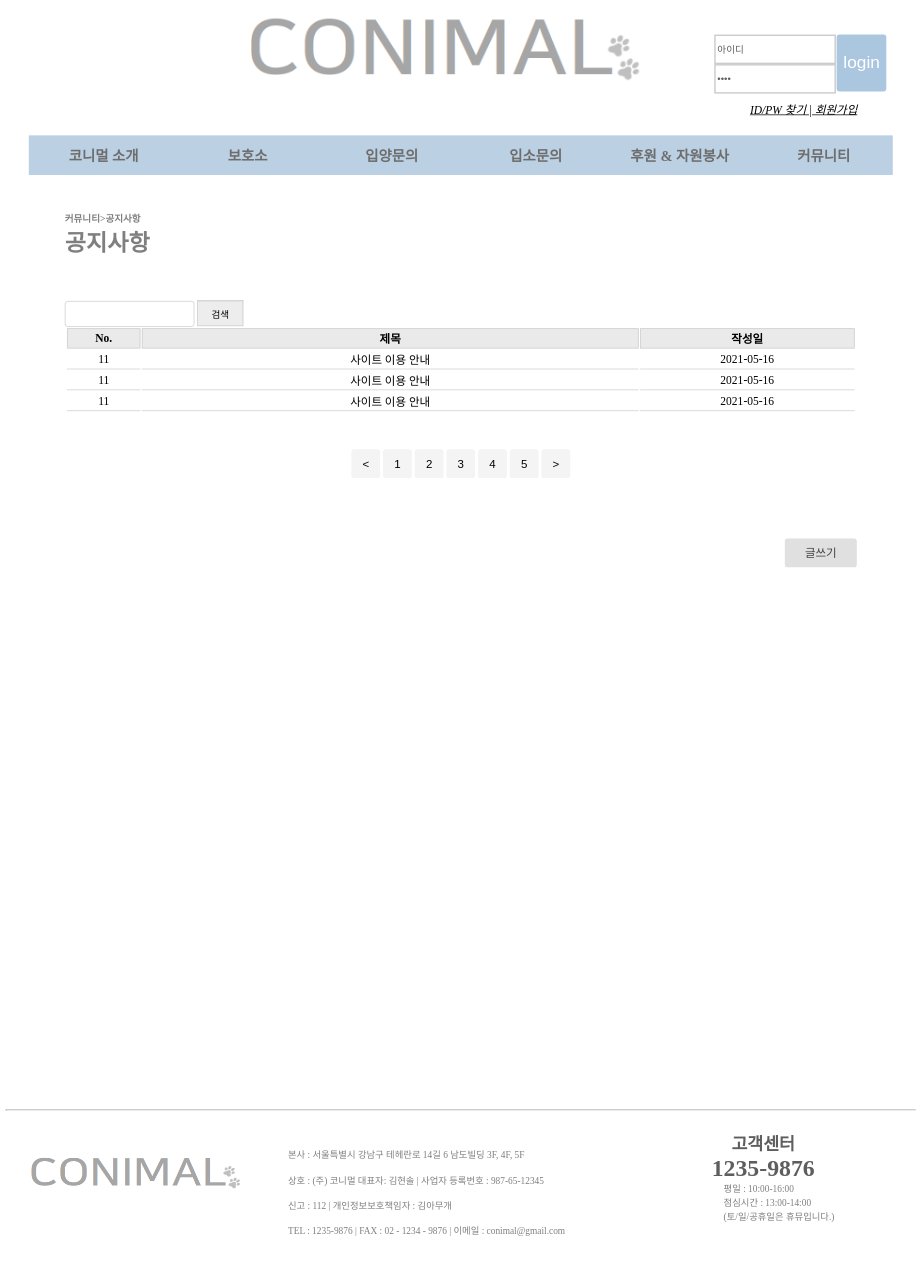
Repository: rlagusthf12/SemiProject
Page: http://localhost/jspProject/
An editor plug-in stored every save of this project. The page is shown before and after the next save, followed by the edit.
The browser window is 1280 px wide. The pictures show the whole page, at 72% of full size.
The page is served by Tomcat 9. Other server files are loaded and not shown.

Above is the page before, as saved 2021-05-18 07:22:02.

### jspProject/WebContent/index.jsp
<%@ page language="java" contentType="text/html; charset=UTF-8"
    pageEncoding="UTF-8"%>
<!DOCTYPE html>
<html>
<head>
<meta charset="UTF-8">
<title>Insert title here</title>
</head>
<body>


	<%@ include file="views/notice/notice.jsp" %>






</body>
</html>

### jspProject/WebContent/views/notice/notice.jsp
<%@ page language="java" contentType="text/html; charset=UTF-8"
    pageEncoding="UTF-8"%>
<!DOCTYPE html>
<html>
<head>
<meta charset="UTF-8">
<title>Insert title here</title>
<style>
.body{
		width: 1100px;
        height: 1240px;
        margin: 0 auto;
        margin-top:30px;
	}

  h1,h5{
      margin: 0;
      font-weight: bold;
      color: rgb(127, 127, 127);
  }
  .head1{
  	width:100%;
  	height:10%;
  	margin-top:50px;

  }
  .search{
  width:264px;
  height:36px;
  float:top right;
  }
  .searchbar{
  color: rgb(94, 94, 94);
  border-width: 1px 1px 1px 1px;
  border-radius:4px;
   border-style: solid;
   border-color: rgb(204, 204, 204);
   width:180px;
   height:100%;
  }
  .searchbutton{

      border-width: 1px 1px 1px 1px;
      border-style: solid;
      border-color: rgb(204, 204, 204);
      box-shadow: rgba(0, 0, 0, 0.0666667) 0px 1px 1px 0px inset;
       background-color: rgb(237, 237, 237);
       width:64px;
        height:100%;
       }
  .body1{
  	width:100%;
  	margin-bottom:50px;
  }
  .foot1{
  width:100%;
  height:10%;
  }
	  .list-area{
        border:1px solid white;
        text-align:center;

    }
     .list-area>thead>tr>th{

    	border: 1px solid #ccc;
    	word-break: break-all;
    	background: #eaeaea;
    	font-weight: bold;
    	display: table-cell;
   		vertical-align: inherit;



     }
     .list-area>tbody>tr>td{
  		 border-bottom: 1px solid #ccc;
    	font-family: HanSans;

     }
    .list-area>tbody>tr:hover{
        cursor:pointer;
    }
    .paging-area>button{
    font-size: 16px;
    color: rgb(255, 255, 255);
    text-align: center;
    line-height: 2.5em;
    border-radius: 4px;
	background-color: rgb(244, 244, 244);
	color:black;
    border:0px;
    width:40px;
    height:40px;
    }

     .writebutton{
    float:right;
    font-size: 16px;
    color: rgb(64, 64, 64);
    text-align: center;
    line-height: 2.5em;
    background-color: rgb(224, 224, 224);
    border:0px;
    border-radius: 4px;
    width: 100px;
    height: 40px;
  }
	</style>
</head>


<body>

<%@ include file="../common/menubar.jsp" %>
<div class="body">
<div class="head1">
  <h5>커뮤니티>공지사항</h5>
  <h1>공지사항</h1>

  </div>
  <div class="search">
  <input type="search" class="searchbar">
 	<button class="searchbutton">검색</button>
  </div>
	<div class="body1">
  <table class="list-area">
            <thead>
                <tr>
                    <th width="100">No.</th>
                    <th width="700">제목</th>
                    <th width="300">작성일</th>
                </tr>
            </thead>
            <tbody>
                 <tr>
		                 <td>11</td>
		                 <td>사이트 이용 안내</td>
		                 <td>2021-05-16</td>
		         </tr>
		           <tr>
		                 <td>11</td>
		                 <td>사이트 이용 안내</td>
		                 <td>2021-05-16</td>
		         </tr>
		           <tr>
		                 <td>11</td>
		                 <td>사이트 이용 안내</td>
		                 <td>2021-05-16</td>
		         </tr>


            </tbody>
        </table>
  </div>
  <div class="foot1">

        <div align="center" class="paging-area">

            	<button > &lt; </button>
	            	<button disabled>1</button>
	            		<button >2</button>
	            		<button >3</button>
                        <button >4</button>
                        <button >5</button>
            	<button > &gt; </button>

        </div>
  </div>
  <div>
   <button class="writebutton">글쓰기</button>
  </div>


  </div>
         <%@ include file="../common/footerbar.jsp" %>
</body>
</html>

### jspProject/WebContent/views/common/menubar.jsp
<%@ page language="java" contentType="text/html; charset=UTF-8"
    pageEncoding="UTF-8"%>
<!DOCTYPE html>
<html>
<head>
<meta charset="UTF-8">
<title>Insert title here</title>

<style>
    .on{
         width: 1200px;
         height: 180px;
         margin: 0 auto;
         }
    .mainLogo{

        margin-left: 302px;

    }

    .login {
        float:right;
        margin-top:40px;
     }
   #loginform>*{

    float:left;
    }
    .id_pwd{width: 65%; height: 70px; } .loginbtn{width: 35%;}

    .pwd,.id{
        color: rgb(94, 94, 94);
        border-style: solid;
        border-color: rgb(204, 204, 204);
        width:100%;
        height:50%;
    }
    .loginbtn>input{
        font-size: 24px;
        width: 80%;
        height: 100%;
        color: rgb(255, 255, 255);
        line-height: 3.2em;
        background-color: rgb(171, 198, 223);
        text-align: center;
        border-radius: 4px;
        border:0px;
    }

    .find{
    text-decoration-line: underline;
    font-style: italic;
    font-size: 16px;
    line-height: 3.2em;
    }

    .navi{
            width: 1200px; height: 55px;
            background-color: rgb(187, 208, 227);
            margin: 0 auto;
     }
     #navi1{
            list-style-type:none;
            margin:0;
            padding:0;
            height:100%;
            text-decoration:none;

        }

        #navi1>li{
            margin-left: 8px;
            float:left;
            width:16%;
            height:100%;
            text-align:center;
        }
        #navi1 a{
            line-height: 2.8em;
            font-size: 20px;
            color: rgb(110, 109, 109);
            font-family: HanSans;
            width: 16.6%;
            font-weight: bold;
            cursor:pointer;
            height:100%;
            width:100%;
            display:block;
            text-decoration:none;
            z-index: 6;
        }
        #navi1 a:hover{color: white;}
        #navi1>li>ul{
            list-style-type:none;
            display:none;
            margin-top:0px;
            padding:10px;
            background-color: rgb(184, 183, 183);
            font-family: HanSans;
            line-height: 2.8em;
            font-size: 20px;
            position: relative;
            z-index: 6;
        }
        #navi1>li>ul a{font-size:15px;}
        #navi1>li>a:hover+ul{display:block;}
        #navi1>li>ul:hover{display:block;}
     </style>
</head>

<body>

            <div class="on">

                    <image src="resources/images/mainLogo.png" width="558px" height="120px" class="mainLogo">

                        <div class="login" align="center">

                            <form action="" id="loginform">

                                <div class="id_pwd">
                                    <input type="text" class="id" value="아이디"><br>
                                    <input type="password" class="pwd" value="비밀번호" >
                                </div>

                                <div class="loginbtn">
                                    <input type="submit" value="login">
                                </div>
                            </form>
                            <span class="find">ID/PW 찾기 | 회원가입</span>
                        </div>

            </div>
            <div class="navi">
                    <ul id="navi1" >
                        <li><a href="">코니멀 소개</a></li>
                        <li><a href="">보호소</a></li>
                        <li><a href="">입양문의</a>
                            <ul>
                                <li><a href="">보호중인 동물</a></li>
                                <li><a href="">입양 절차</a></li>
                                <li><a href="">입양 신청</a></li>
                                <li><a href="">입양 후기</a></li>
                            </ul>
                        </li>
                        <li><a href="">입소문의</a>
                            <ul>
                                <li><a href="">입소 절차</a></li>
                                <li><a href="">입소 신청</a></li>
                            </ul>
                        </li>
                        <li><a href="">후원 &amp; 자원봉사</a>
                        <ul>
                            <li><a href="">자원봉사</a></li>
                            <li><a href="">후원</a></li>
                        </ul>
                      </li>
                        <li><a href="">커뮤니티</a>
                        <ul>
                            <li><a href="">자유 게시판</a></li>
                            <li><a href="">공지사항</a></li>
                            <li><a href="">고객센터</a></li>
                        </ul>
                    </li>
                    </ul>
            </div>


</body>
</html>

### jspProject/WebContent/views/common/footerbar.jsp
<%@ page language="java" contentType="text/html; charset=UTF-8"
    pageEncoding="UTF-8"%>
<!DOCTYPE html>
<html>
<head>
<meta charset="UTF-8">
<title>Insert title here</title>
<style>


 .footerbar{

         width: 1200px;
         height: 180px;
         margin: 0 auto;
     }
     .call{
         width:30%;
         height: 100%;
         float:left;
         margin-left: 60px;
     }

     .minLogo{

         padding-top: 30px;
         height: 100%;
         float:left;
     }
     .ex{
        width:40%;
        float:left;
        height:100%;
        padding-top: 25px;
    }
     .ect{

        font-size: 13px;
        color: rgb(127, 127, 127);
        text-align: left;
        width:450px;
        padding-left: 60px;

     }
     .ect2{
        font-weight: bold; font-size: 24px; text-align: center; color: rgb(94, 94, 94);
     }
     .ect3{
        font-weight: bold; font-size: 33px; text-align: center; color: rgb(94, 94, 94);
     }
     #al{
        width: 250px;
        padding-left: 125px;
     }


</style>
</head>
<body>
            <hr>
            <br>
            <div class="footerbar">
            <div class="minLogo">
                <div>
                 <image src="resources/images/mainLogo.png" width="300" height="60"></image>
                </div>
            </div>
            <div class="ex">
             <div class="ect">
                    본사 : 서울특별시 강남구 테헤란로 14길 6 남도빌딩 3F, 4F, 5F<br><br>

                    상호 : (주) 코니멀 대표자: 김현솔 | 사업자 등록번호 : 987-65-12345 <br><br>

                    신고 : 112 | 개인정보보호책임자 : 김아무개<br><br>

                    TEL : 1235-9876 | FAX : 02 - 1234 - 9876 | 이메일  :  conimal@gmail.com
              </div>
            </div>


            <div class="call">
                <div class="ect2" >
                    고객센터
                    <div class="ect3">
                    1235-9876

                    </div>
                </div>

                <div class="ect" id="al">
                    평일 : 10:00-16:00<br>
                    점심시간 : 13:00-14:00<br>
                    (토/일/공휴일은 휴뮤입니다.)
                </div>

            </div>
            </div>


</body>
</html>

After the next save:
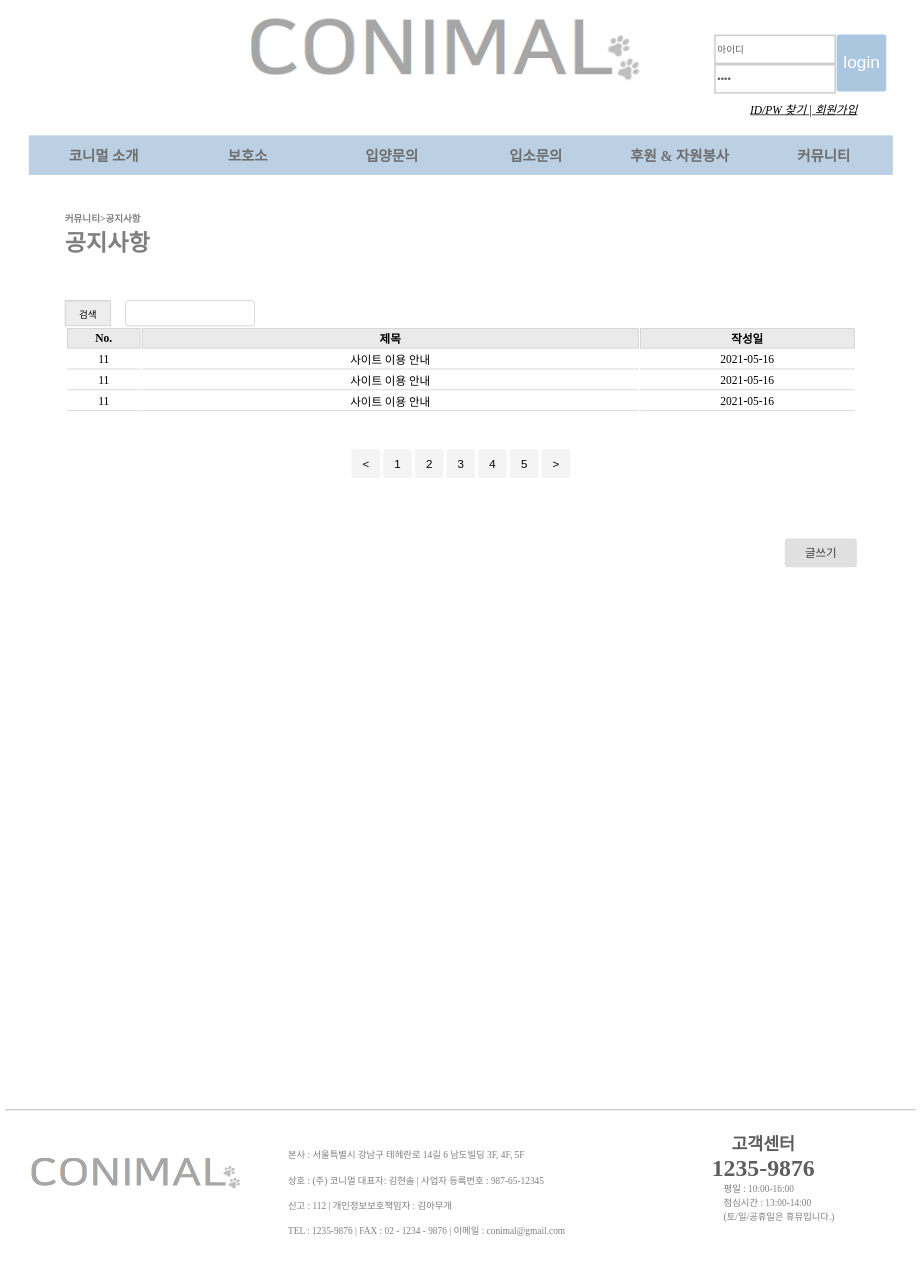
Saved 13 s later.
--- a/jspProject/WebContent/views/notice/notice.jsp
+++ b/jspProject/WebContent/views/notice/notice.jsp
@@ -27,7 +27,6 @@
   .search{
   width:264px;
   height:36px;
-  float:top right;
   }
   .searchbar{
   color: rgb(94, 94, 94);
@@ -37,6 +36,7 @@
    border-color: rgb(204, 204, 204);
    width:180px;
    height:100%;
+   float:right;
   }
   .searchbutton{
 
